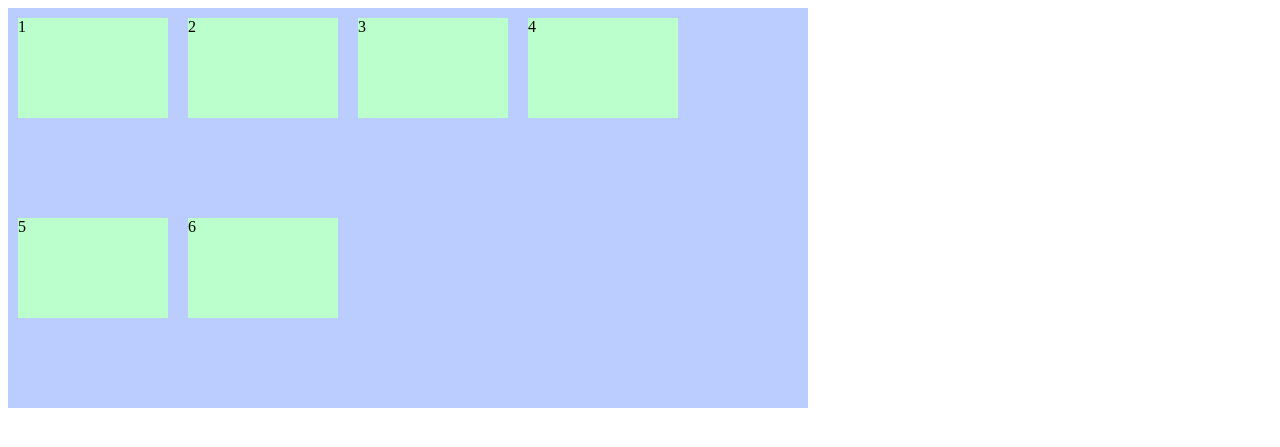
Repository: liutian97/learn1
Page: 移动端web开发/代码/2. Flex 伸缩布局/07-flex设置侧轴对齐方式（多行）.html
An editor plug-in stored every save of this project. The page is shown before and after a run of saves, followed by the edit.
The browser window is 1280 px wide. The pictures show the whole page.

Above is the page before, as saved 2022-07-02 17:33:00.

### 移动端web开发/代码/2. Flex 伸缩布局/07-flex设置侧轴对齐方式（多行）.html
<!DOCTYPE html>
<html lang="en">

<head>
  <meta charset="UTF-8">
  <meta http-equiv="X-UA-Compatible" content="IE=edge">
  <meta name="viewport" content="width=device-width, initial-scale=1.0">
  <title>Document</title>
  <style>
    div {
      width: 800px;
      height: 400px;
      background-color: #bcf;
      display: flex;
      /* 换行 */
      flex-wrap: wrap;
      /*  */
      /* align-items: center; */
      align-contnet
    }

    div span {
      width: 150px;
      height: 100px;
      background-color: #bfc;
      margin: 10px;
    }
  </style>
</head>

<body>
  <div>
    <span>1</span>
    <span>2</span>
    <span>3</span>
    <span>4</span>
    <span>5</span>
    <span>6</span>

  </div>
</body>

</html>









<!-- <!DOCTYPE html>
<html lang="en">

<head>
    <meta charset="UTF-8">
    <meta name="viewport" content="width=device-width, initial-scale=1.0">
    <meta http-equiv="X-UA-Compatible" content="ie=edge">
    <title>Document</title>
    <style>
        div {
            display: flex;
            width: 800px;
            height: 400px;
            background-color: pink;
            /* 换行 */
            flex-wrap: wrap;
            /* 因为有了换行，此时我们侧轴上控制子元素的对齐方式我们用 align-content */
            /* align-content: flex-start; */
            /* align-content: center; */
            /* align-content: space-between; */
            align-content: space-around;
        }

        div span {
            width: 150px;
            height: 100px;
            background-color: purple;
            color: #fff;
            margin: 10px;
        }
    </style>
</head>

<body>
    <div>
        <span>1</span>
        <span>2</span>
        <span>3</span>
        <span>4</span>
        <span>5</span>
        <span>6</span>
    </div>
</body>

</html> -->

After the next 3 saves:
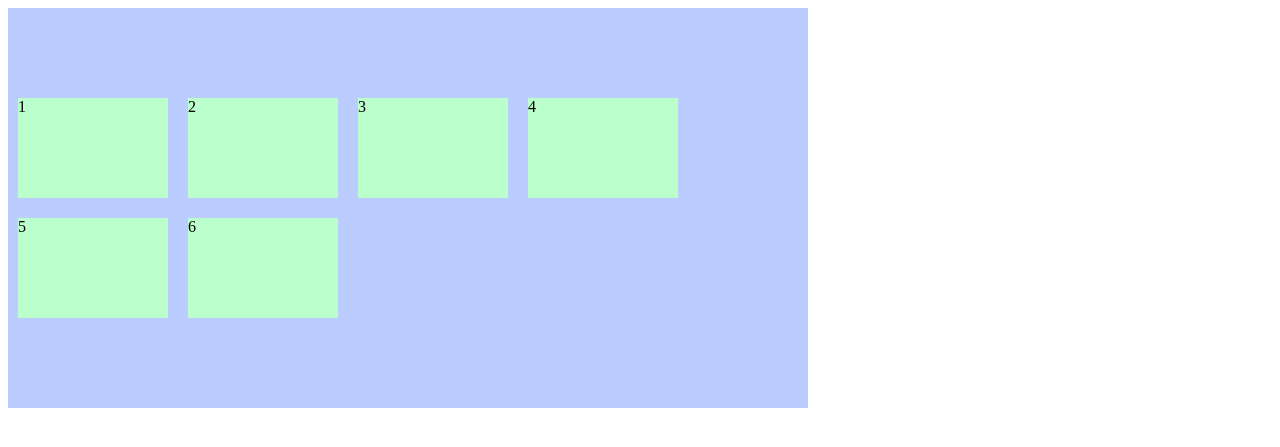
The 3 saves are shown as one change because they came seconds apart.
The last was saved 7 s later.
--- a/移动端web开发/代码/2. Flex 伸缩布局/07-flex设置侧轴对齐方式（多行）.html
+++ b/移动端web开发/代码/2. Flex 伸缩布局/07-flex设置侧轴对齐方式（多行）.html
@@ -16,7 +16,7 @@
       flex-wrap: wrap;
       /*  */
       /* align-items: center; */
-      align-contnet
+      align-content: center
     }
 
     div span {

After the 2 saves that followed:
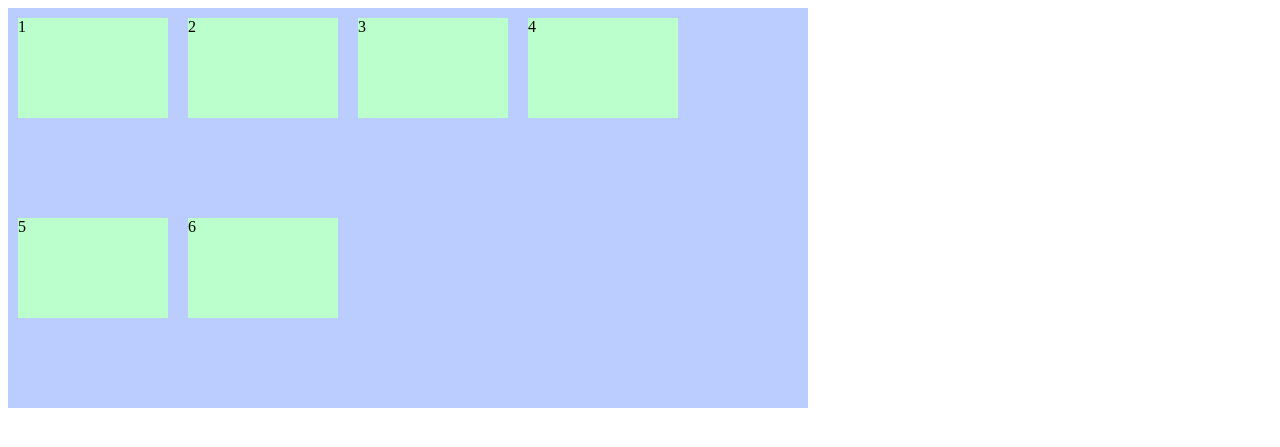
The 2 saves are shown as one change because they came seconds apart.
The last was saved 10 s later.
--- a/移动端web开发/代码/2. Flex 伸缩布局/07-flex设置侧轴对齐方式（多行）.html
+++ b/移动端web开发/代码/2. Flex 伸缩布局/07-flex设置侧轴对齐方式（多行）.html
@@ -16,7 +16,7 @@
       flex-wrap: wrap;
       /*  */
       /* align-items: center; */
-      align-content: center
+      /* align-content: center; */
     }
 
     div span {
